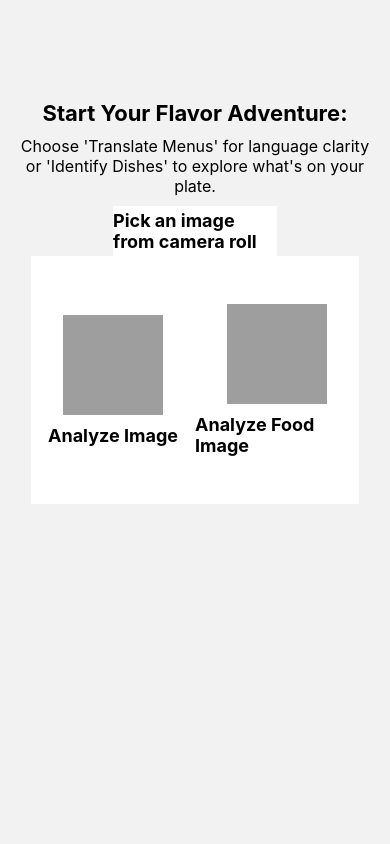
Repository: djdjdallas/taste-without-borders
Screen: /Home
The author's editor kept a copy of each file at every save. The screen is drawn from the files as they stood at one save, then again after the next save.
Pictures or frames that could not be fetched are drawn as grey boxes. The app was drawn by React Native's web renderer in a window 390 px wide. The project was rebuilt for these pictures with package versions that can differ from the ones it lists, and the page was loaded fresh each time.

Above is the screen before, as saved 2023-12-26 20:24:35.

### App.js
import React from "react";
import { NavigationContainer } from "@react-navigation/native";
import { createNativeStackNavigator } from "@react-navigation/native-stack";
import HomeScreen from "./HomeScreen"; // Make sure the path is correct
import StartScreen from "./StartScreen";

const Stack = createNativeStackNavigator();

const App = () => {
  return (
    <NavigationContainer>
      <Stack.Navigator>
        <Stack.Screen name="Start" component={StartScreen} />
        <Stack.Screen name="Home" component={HomeScreen} />
        {/* You can add more screens to your navigator here */}
      </Stack.Navigator>
    </NavigationContainer>
  );
};

export default App;

### HomeScreen.js
import React, { useLayoutEffect, useState } from "react";
import {
  StyleSheet,
  View,
  Button,
  Image,
  Alert,
  Text,
  TouchableOpacity,
} from "react-native";
import * as ImagePicker from "expo-image-picker";
import { useNavigation } from "@react-navigation/native";
const iconForAnalyzeImage = {
  uri: "https://i.ibb.co/Y84cDxp/food1.png",
};
const iconForAnalyzeFoodImage = {
  uri: "https://i.ibb.co/VWjgcK5/food2.png",
};

const HomeScreen = () => {
  const navigation = useNavigation();
  const [selectedImage, setSelectedImage] = useState(null);
  const [responseText, setResponseText] = useState("");

  const pickImage = async () => {
    const { status } = await ImagePicker.requestMediaLibraryPermissionsAsync();
    if (status !== "granted") {
      Alert.alert(
        "Permissions required",
        "Sorry, we need camera roll permissions to make this work!"
      );
      return;
    }

    let result = await ImagePicker.launchImageLibraryAsync({
      mediaTypes: ImagePicker.MediaTypeOptions.Images,
      allowsEditing: true,
      aspect: [4, 3],
      quality: 1,
      base64: true,
    });

    if (!result.canceled && result.assets && result.assets[0].base64) {
      setSelectedImage(result.assets[0].base64);
    }
  };

  const handleResponse = (responseText) => {
    const dishes = responseText.split("\n");
    const formattedResponse = dishes.join("\n\n");
    setResponseText(formattedResponse);
  };

  const analyzeImage = async () => {
    if (selectedImage) {
      const apiKey = "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"; // Replace with your actual API key
      const endpoint = "https://api.openai.com/v1/chat/completions"; // Replace with your actual API endpoint

      const payload = {
        model: "gpt-4-vision-preview", // Replace with your model name
        messages: [
          {
            role: "user",
            content: [
              {
                type: "text",
                text: "Analyze this image and translate it into English?",
              },
              {
                type: "image_url",
                image_url: {
                  url: `data:[embedded picture, 41 characters]
                },
              },
            ],
          },
        ],
        max_tokens: 300,
      };

      try {
        const response = await fetch(endpoint, {
          method: "POST",
          headers: {
            "Content-Type": "application/json",
            Authorization: `Bearer ${apiKey}`,
          },
          body: JSON.stringify(payload),
        });

        if (!response.ok) {
          throw new Error(`HTTP error! status: ${response.status}`);
        }

        const data = await response.json();
        if (data.choices && data.choices[0]) {
          handleResponse(data.choices[0].message.content);
        } else {
          setResponseText("Unexpected response structure");
        }
      } catch (error) {
        setResponseText(`Error: ${error.message}`);
      }
    } else {
      setResponseText("No image selected");
    }
  };

  const analyzeFoodImage = async () => {
    if (selectedImage) {
      const apiKey = "YOUR_API_KEY"; // Replace with your actual API key
      const endpoint = "YOUR_API_ENDPOINT"; // Replace with your actual API endpoint

      const payload = {
        model: "YOUR_MODEL_NAME", // Replace with your model name
        messages: [
          {
            role: "user",
            content: [
              {
                type: "text",
                text: "Analyze this food image and describe it with humor.",
              },
              {
                type: "image_url",
                image_url: {
                  url: `data:[embedded picture, 41 characters]
                },
              },
            ],
          },
        ],
        max_tokens: 300,
      };

      try {
        const response = await fetch(endpoint, {
          method: "POST",
          headers: {
            "Content-Type": "application/json",
            Authorization: `Bearer ${apiKey}`,
          },
          body: JSON.stringify(payload),
        });

        if (!response.ok) {
          throw new Error(`HTTP error! status: ${response.status}`);
        }

        const data = await response.json();
        if (data.choices && data.choices[0]) {
          handleResponse(data.choices[0].message.content);
        } else {
          setResponseText("Unexpected response structure");
        }
      } catch (error) {
        setResponseText(`Error: ${error.message}`);
      }
    } else {
      setResponseText("No image selected");
    }
  };
  useLayoutEffect(() => {
    navigation.setOptions({
      headerShown: false,
    });
  }, []);

  return (
    <View style={styles.container}>
      <View style={styles.textContainer}>
        <Text style={styles.titleText}>Start Your Flavor Adventure:</Text>
        <Text style={styles.descriptionText}>
          Choose 'Translate Menus' for language clarity or 'Identify Dishes' to
          explore what's on your plate.
        </Text>
      </View>

      <TouchableOpacity style={styles.pickButton} onPress={pickImage}>
        <Text style={styles.buttonText}>Pick an image from camera roll</Text>
      </TouchableOpacity>

      {selectedImage && (
        <Image
          source={{ uri: `data:[embedded picture, 40 characters] }}
          style={styles.image}
        />
      )}

      <View style={styles.buttonGroup}>
        <TouchableOpacity style={styles.button} onPress={analyzeImage}>
          <Image source={iconForAnalyzeImage} style={styles.icon} />
          <Text style={styles.buttonText}>Analyze Image</Text>
        </TouchableOpacity>

        <TouchableOpacity style={styles.button} onPress={analyzeFoodImage}>
          <Image source={iconForAnalyzeFoodImage} style={styles.icon} />
          <Text style={styles.buttonText}>Analyze Food Image</Text>
        </TouchableOpacity>
      </View>

      {responseText ? (
        <Text style={styles.responseText}>{responseText}</Text>
      ) : null}
    </View>
  );
};

const styles = StyleSheet.create({
  container: {
    flex: 1,
    justifyContent: "flex-start",
    alignItems: "center",
    padding: 20,
    backgroundColor: "#F2F2F2",
  },
  textContainer: {
    alignItems: "left",
    marginTop: 80,
  },
  titleText: {
    fontSize: 22,
    fontWeight: "bold",
    textAlign: "center",
  },
  descriptionText: {
    fontSize: 16,
    textAlign: "center",
    marginVertical: 10,
  },
  buttonGroup: {
    flex: 1,
    flexDirection: "row",
    rowGap: 10,
  },
  button: {
    width: 164,
    height: 248,
    justifyContent: "center",
    alignItems: "center",
    // Assuming you want to set the width to 80% of the screen width
    alignItems: "center",
    backgroundColor: "white",
  },
  pickButton: {
    width: 164,
    height: 50,
    justifyContent: "center",
    alignItems: "center",
    // Assuming you want to set the width to 80% of the screen width
    alignItems: "center",
    backgroundColor: "white",
  },
  buttonText: {
    fontSize: 18,
    color: "#000000",
    fontWeight: "bold",
  },
  icon: {
    width: 100, // Set the icon size you want
    height: 100, // Set the icon size you want
    marginBottom: 10, // Space between icon and text
  },
  image: {
    width: 200,
    height: 200,
    margin: 10,
  },
  responseText: {
    marginTop: 20,
    padding: 10,
    borderWidth: 1,
    borderColor: "#ddd",
    borderRadius: 5,
  },
});

export default HomeScreen;

### StartScreen.js
import {
  View,
  Text,
  Image,
  TouchableOpacity,
  ImageBackground,
  StyleSheet,
} from "react-native";
import React, { useLayoutEffect } from "react";
import { useNavigation } from "@react-navigation/native";

const image = { uri: "https://i.ibb.co/RQYb1f7/i-Phone-11-Pro-Max-1.png" };
const hero = { uri: "https://i.ibb.co/zQtzrR4/hero-2.png" };

const StartScreen = () => {
  const navigation = useNavigation();

  useLayoutEffect(() => {
    navigation.setOptions({
      headerShown: false,
    });
  }, []);
  return (
    <View style={styles.container}>
      <ImageBackground source={hero} resizeMode="cover" style={styles.image}>
        <TouchableOpacity
          style={styles.button}
          onPress={() => {
            navigation.navigate("Home");
            /* Handle the press event */
          }}
        >
          <Text style={styles.text}>Get Started</Text>
        </TouchableOpacity>
      </ImageBackground>
    </View>
  );
};

const styles = StyleSheet.create({
  container: {
    flex: 1,
  },
  image: {
    flex: 1,
    justifyContent: "flex-end", // Aligns children to the bottom
    alignItems: "center", // Centers children horizontally
  },
  text: {
    color: "#FA4A0C", // Given text color
    fontSize: 16, // Adjusted for typical button text
    fontWeight: "bold",
  },
  button: {
    width: 314, // Width as per your requirement
    height: 70, // Height as per your requirement
    justifyContent: "center", // Center the text vertically
    alignItems: "center", // Center the text horizontally
    backgroundColor: "white", // Button background color
    marginBottom: 80, // Distance from the bottom
    borderRadius: 50, // Distance from the bottom
  },
});

export default StartScreen;

After the next save:
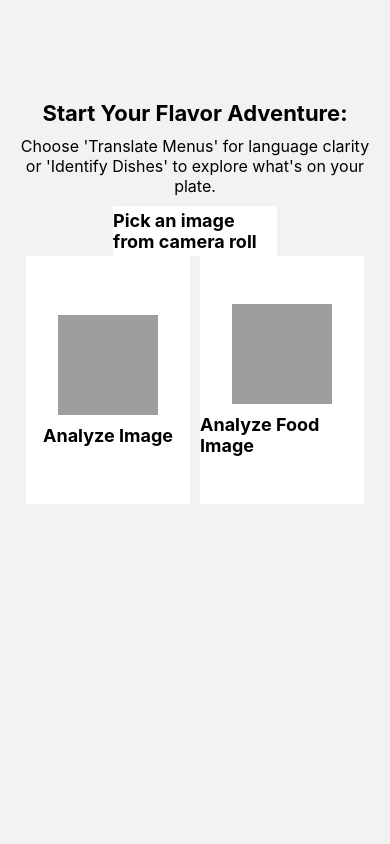
Saved 8 s later.
--- a/HomeScreen.js
+++ b/HomeScreen.js
@@ -231,7 +231,7 @@ const styles = StyleSheet.create({
   buttonGroup: {
     flex: 1,
     flexDirection: "row",
-    rowGap: 10,
+    gap: 10,
   },
   button: {
     width: 164,
